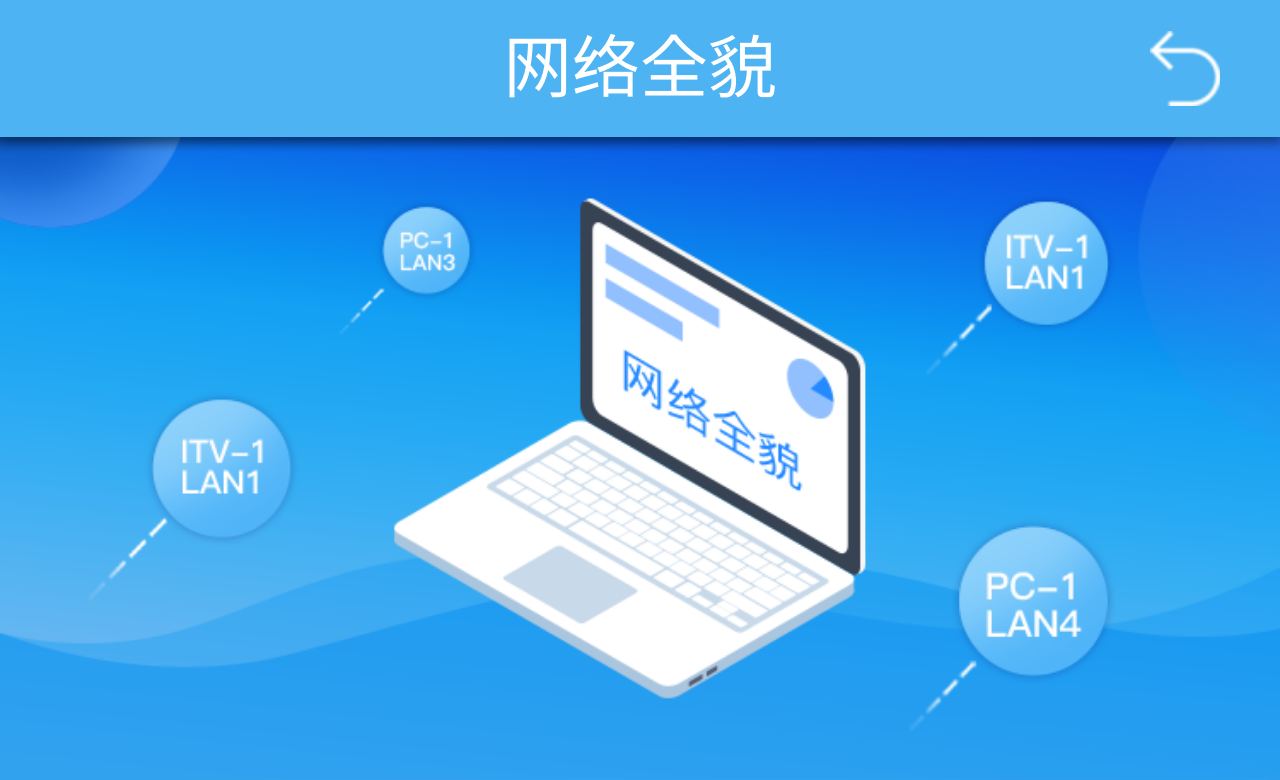
Repository: wangbiaozy/8.24
Page: index_1.html
These files come from the project's save history. The page is drawn as it stood at one moment and after the next save; the edit follows.
The browser window is 1280 px wide. The pictures show the whole page.

Above is the page before, as saved 2018-08-22 16:43:31.

### index_1.html
<!DOCTYPE html>
<html lang="en">
<head>
    <meta charset="UTF-8">
    <meta name="viewport"
          content="width=device-width, user-scalable=no, initial-scale=1.0, maximum-scale=1.0, minimum-scale=1.0">
    <title>Title</title>
    <link rel="stylesheet" href="css/reset.min.css">
    <link rel="stylesheet/less" href="css/styles_1.less">
    <script src="js/less-1.7.0.min.js"></script>
</head>
<body>
    <header>
        <p>网络全貌</p>
        <a class="back" href="javascript:void(0)"></a>
    </header>
    <section></section>
</body>
</html>
<script src="js/jquery-1.10.1.min.js"></script>
<script src="js/index.js"></script>

### css/reset.min.css
@charset "utf-8";
/*默认样式清除和初始化*/
body,h1,h2,h3,h4,h5,h6,hr,p,blockquote,dl,dt,dd,ul,ol,li,button,input,textarea,th,td{margin:0;padding:0}body{font-size:12px;font-style:normal;font-family:"\5FAE\8F6F\96C5\9ED1",Helvetica,sans-serif}small{font-size:12px}h1{font-size:18px}h2{font-size:16px}h3{font-size:14px}h4,h5,h6{font-size:100%}ul,ol{list-style:none}a{text-decoration:none;background-color:transparent}a:hover,a:active{outline-width:0;text-decoration:none}table{border-collapse:collapse;border-spacing:0}hr{border:0;height:1px}img{border-style:none}img:not([src]){display:none}svg:not(:root){overflow:hidden}html{-webkit-touch-callout:none;-webkit-text-size-adjust:100%}input,textarea,button,a{-webkit-tap-highlight-color:rgba(0,0,0,0)}article,aside,details,figcaption,figure,footer,header,main,menu,nav,section,summary{display:block}audio,canvas,progress,video{display:inline-block}audio:not([controls]),video:not([controls]){display:none;height:0}progress{vertical-align:baseline}mark{background-color:#ff0;color:#000}sub,sup{position:relative;font-size:75%;line-height:0;vertical-align:baseline}sub{bottom:-0.25em}sup{top:-0.5em}button,input,select,textarea{font-size:100%;outline:0}button,input{overflow:visible}button,select{text-transform:none}textarea{overflow:auto}button,html [type="button"],[type="reset"],[type="submit"]{-webkit-appearance:button}button::-moz-focus-inner,[type="button"]::-moz-focus-inner,[type="reset"]::-moz-focus-inner,[type="submit"]::-moz-focus-inner{border-style:none;padding:0}button:-moz-focusring,[type="button"]:-moz-focusring,[type="reset"]:-moz-focusring,[type="submit"]:-moz-focusring{outline:1px dotted ButtonText}[type="checkbox"],[type="radio"]{box-sizing:border-box;padding:0}[type="number"]::-webkit-inner-spin-button,[type="number"]::-webkit-outer-spin-button{height:auto}[type="search"]{-webkit-appearance:textfield;outline-offset:-2px}[type="search"]::-webkit-search-cancel-button,[type="search"]::-webkit-search-decoration{-webkit-appearance:none}::-webkit-input-placeholder{color:inherit;opacity:.54}::-webkit-file-upload-button{-webkit-appearance:button;font:inherit}.clear:after{display:block;height:0;content:"";clear:both}
*{ -webkit-tap-highlight-color: rgba(0,0,0,0);-webkit-tap-highlight-color: transparent; /* For some Androids */ }

### js/index.js
(function (doc, win) {
    var docEl = doc.documentElement,
        resizeEvt = 'orientationchange' in window ? 'orientationchange' : 'resize',
        recalc = function () {
            var clientWidth = docEl.clientWidth;
            if (!clientWidth) return;
            docEl.style.fontSize = 100 * (clientWidth / 750) + 'px';
        };
    if (!doc.addEventListener) return;
    win.addEventListener(resizeEvt, recalc, false);
    doc.addEventListener('DOMContentLoaded', recalc, false);
})(document, window);
$(function () {

    //一键体检
    $('#beforeBtn').on('click',function(){
        $('.before').hide();
        $('.check').show();
        $('.progress').circleProgress({
            value: 1,
            size: 115,
            startAngle: Math.PI/2,
            thickness: 14,
            animation: {duration:12000},//进度条完成时间（ms）
            fill: {
                gradient: ["#32edfd"]
            },
            //circle-animation-start：	function(event)-event - jQ事件
            //circle-animation-progress：	function(event, animationProgress, stepValue)：-event - jQ事件 animationProgress - 从0.0到1.0stepValue - 当前的步长值，从0.0到value
            //circle-animation-end:	function(event)：-event - jQ事件
        }).on('circle-animation-progress', function (event, progress, stepValue) {
                $(this).find('span').html(parseInt(stepValue.toFixed(2) * 100));
        }).on('circle-animation-end',function(){
            $('.message').removeClass('move');
            stop();
            $('.check').hide();
            $('.result').show();
        });
        start();
        messageMove();
    });


    //检查项滚动
    var messageInnerText = '1111';
    function messageScroll(){
        $('.message').children('li:first-child').remove();
        $('.message').append('<li>'+messageInnerText+'</li>');
        if(!$('.message').hasClass('move')){
            window.clearInterval(timer);
        }
    }
    function messageMove(){
        timer = window.setInterval(messageScroll,500);
    }


    //检测时间
    var hour,minute,second;
    hour=minute=second=0;
    var millisecond=0;
    var int;
    function start(){
        int=setInterval(times,50);
    }
    function times(){
        millisecond=millisecond+50;
        if(millisecond>=1000){
            millisecond=0;
            second=second+1;
        }
        if(second>=60){
            second=0;
            minute=minute+1;
        }

        if(minute>=60){
            minute=0;
            hour=hour+1;
        }
      $('#timeText').text((hour<10?"0"+hour:hour)+':'+(minute<10?"0"+minute:minute)+':'+(second<10?"0"+second:second));
    }
    function stop(){
        window.clearInterval(int);
    }


    //查看详细清单下拉
    $('.arrow').on('click',function(){
        var $this = $(this),
            $listBox = $(this).siblings('div');
        $listBox.slideToggle("normal",function(){
            if($listBox.css('display') === 'block'){
                $this.addClass('act');
                $this.siblings('p').css('opacity','0');
            }else{
                $this.removeClass('act');
                $this.siblings('p').css('opacity','1');
            }
        });
    });



    //网关重启 WIFI开关 LED指示灯开关 查看黑名单
    $('#controlBox').on('click','a',function(){
        var $this = $(this);
        if($this.hasClass('off')){
            $this.removeClass('off');
        }else{
            $this.addClass('off');
        }
    });

    $('#look_blacklist').on('click',function(){
        var $blacklist = $('.blacklist');
        $blacklist.slideToggle('normal',function(){
            if($(this).css('display') === 'block'){
                $('#look_blacklist').addClass('act');
                $('.arrow_m').addClass('act');
            }else{
                $('#look_blacklist').removeClass('act');
                $('.arrow_m').removeClass('act');
            }
        });
    });

    //关闭弹窗
    $('.close').on('click',function(){
        $(this).parent().hide();
        hideMask();
    });
    //显示遮罩层
    function showMask(){
        $("#mask").css("height",$(document).height());
        $("#mask").css("width",$(document).width());
        $("#mask").show();
        $('body').css('position','fixed');
    }
    //隐藏遮罩层
    function hideMask(){
        $("#mask").hide();
        $('body').css('position','unset');
    }
});

Loaded but not shown: js/less-1.7.0.min.js (library); js/jquery-1.10.1.min.js (library)

After the next save:
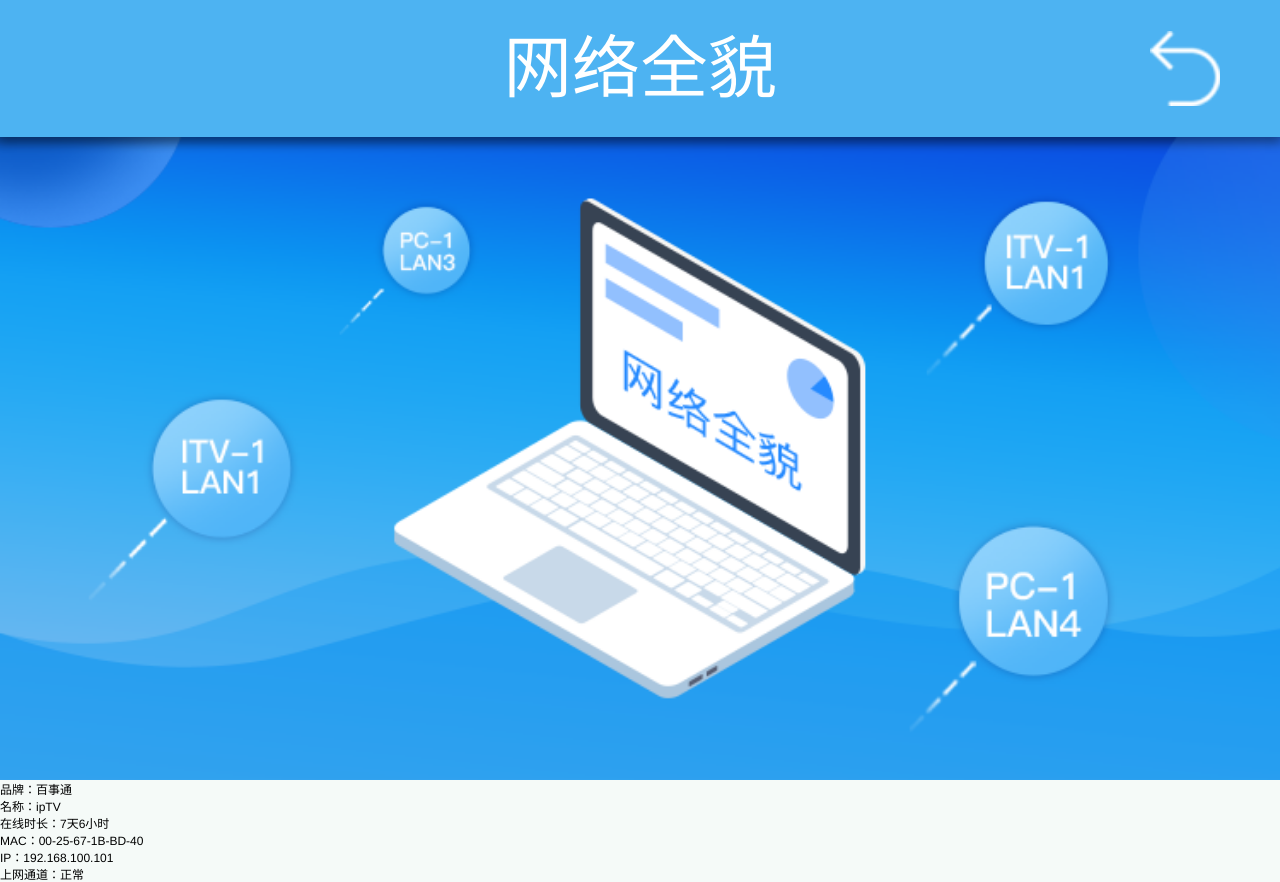
Saved 5 min 12 s later.
--- a/index_1.html
+++ b/index_1.html
@@ -15,6 +15,28 @@
         <a class="back" href="javascript:void(0)"></a>
     </header>
     <section></section>
+    <main>
+        <ul>
+            <li>
+                <p>品牌：<span>百事通</span></p>
+            </li>
+            <li>
+                <p>名称：<span>ipTV</span></p>
+            </li>
+            <li>
+                <p>在线时长：<span>7天6小时</span></p>
+            </li>
+            <li>
+                <p>MAC：<span>00-25-67-1B-BD-40</span></p>
+            </li>
+            <li>
+                <p>IP：<span>192.168.100.101</span></p>
+            </li>
+            <li>
+                <p>上网通道：<span>正常</span></p>
+            </li>
+        </ul>
+    </main>
 </body>
 </html>
 <script src="js/jquery-1.10.1.min.js"></script>
